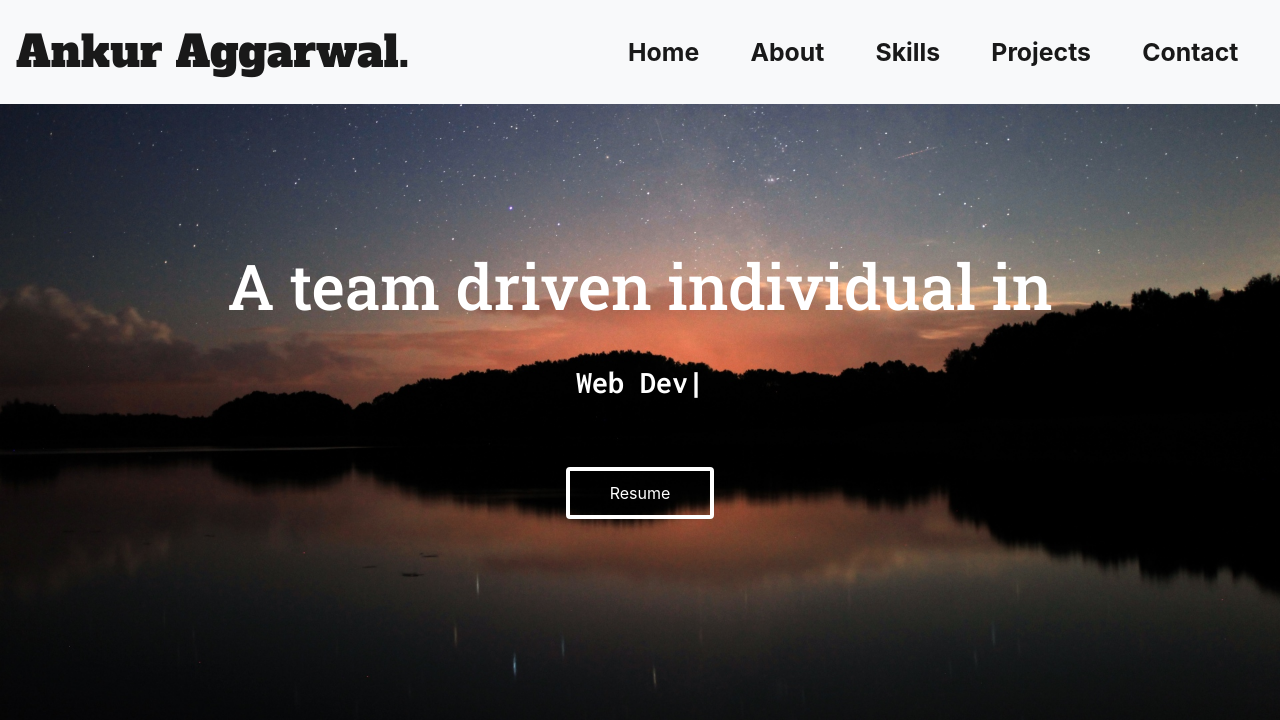
Repository: AnkurDevv/PersonalWebsite
Page: index.html
An editor plug-in stored every save of this project. The page is shown before and after the next save, followed by the edit.
The browser window is 1280 px wide. The pictures show the whole page.
Some web fonts or font styles are not loaded; a fallback is used.

Above is the page before, as saved 2020-09-13 15:31:43.

### index.html
<!DOCTYPE html>
<html>

<head>
  <meta charset="utf-8">
  <meta http-equiv="X-UA-Compatible" content="IE=edge">
  <title>Ankur Aggarwal</title>
  <meta name="description" content="">
  <meta name="viewport" content="width=device-width, initial-scale=1">
  <!-- Importing Bootstrap here -->
  <link rel="stylesheet" href="https://stackpath.bootstrapcdn.com/bootstrap/4.4.1/css/bootstrap.min.css"
    integrity="sha384-Vkoo8x4CGsO3+Hhxv8T/Q5PaXtkKtu6ug5TOeNV6gBiFeWPGFN9MuhOf23Q9Ifjh" crossorigin="anonymous">
  <!--CUSTOM CSS FOR THE PAGE  -->
  <link rel="stylesheet" href="./style/index.css">
  <!-- FOR COOL ANIMATION EFFECTS -->
  <link rel="stylesheet" href="./style/animate.css">
  <!-- FOR COOL TYPING EFFECTS -->
  <script src="https://cdn.jsdelivr.net/npm/typed.js@2.0.11"></script>
  <!-- FOR GOOGLE FONTS - START -->
  <!-- for main heading -->
  <link
    href="https://fonts.googleapis.com/css2?family=Merienda:wght@700&family=Pacifico&family=Roboto&family=Roboto+Slab:wght@500&display=swap"
    rel="stylesheet">
  <!-- For Sub heading -->
  <link
    href="https://fonts.googleapis.com/css2?family=Inconsolata:wght@700&family=Merienda:wght@700&family=Pacifico&family=Roboto&family=Roboto+Slab:wght@500&display=swap"
    rel="stylesheet">
  <!-- For Navbar Logo -->
  <link href="https://fonts.googleapis.com/css2?family=Alfa+Slab+One&display=swap" rel="stylesheet">
  <!-- FOR GOOGLE FONTS - END -->
</head>

<body>
  <header>
    <nav class="navbar navbar-expand-lg navbar-light bg-light">
      <a class="navbar-brand" id="Brand-logo">Ankur Aggarwal.</a>
      <button class="navbar-toggler" type="button" data-toggle="collapse" data-target="#navbarNav"
        aria-controls="navbarNav" aria-expanded="false" aria-label="Toggle navigation">
        <span class="navbar-toggler-icon"></span>
      </button>
      <div class="collapse navbar-collapse" id="navbarNav">
        <ul class="navbar-nav">
          <li class="nav-item active">
            <a class="nav-link" href="#">Home</a>
          </li>
          <li class="nav-item active">
            <a class="nav-link" href="#">About</a>
          </li>
          <!-- <li class="nav-item active">
            <a class="nav-link" href="#">Why Me?</a>
          </li> -->
          <li class="nav-item active">
            <a class="nav-link" href="#">Skills</a>
          </li>
          <li class="nav-item active">
            <a class="nav-link" href="#">Projects</a>
          </li>
          <li class="nav-item active">
            <a class="nav-link" href="#">Contact</a>
          </li>
        </ul>
      </div>
    </nav>


    <!-- FIRST IMPRESSION SECTION - START -->
    <section class="first-impression-section">
      <div class="row first-impression-row">
        <h1 class="text-center animated fadeInDown" id="MainNameHeading">A team driven individual in
        </h1>
      </div>
      <div class="row">
        <h3 id="MainSubHeading">
          <span id="typed" style="white-space:pre;"></span>
          <!-- <span class="typed-cursor typed-cursor--blink">|</span> -->
        </h3>
      </div>

      <!-- RESUME BUTTON - START -->
      <div class="row" id="ResumeDiv">
        <a type="button" href="https://drive.google.com/file/d/129eEq26ATzqey1-hpHnRXs40bzbBVkSX/view?usp=sharing"
          target="blank" class="btn btn-primary" id="ResumeBtn">Resume</a>
      </div>
      <!-- RESUME BUTTON - END -->

      <!-- SOCIAL LINKS -->
      <div class="socialLinksDiv">

      </div>

    </section>
    <!-- FIRST IMPRESSION SECTION - END -->


  </header>

  <script>
    // JS FOR COOL TYPING EFFECT USING TYPE.JS -  START
    var options = {
      strings: ['Web Development.', 'Software Engineering.', 'Product Development.'],
      typeSpeed: 100,
      loop: true,
      backDelay: 800,
      backSpeed: 80,
      startDelay: 1000,
    };
    var typed = new Typed('#typed', options);
// JS FOR COOL TYPING EFFECT USING TYPE.JS -  END
  </script>

  <!-- NECESSARY JS FOR BOOTSTRAP - START -->
  <script src="https://code.jquery.com/jquery-3.4.1.slim.min.js"
    integrity="sha384-J6qa4849blE2+poT4WnyKhv5vZF5SrPo0iEjwBvKU7imGFAV0wwj1yYfoRSJoZ+n"
    crossorigin="anonymous"></script>
  <script src="https://cdn.jsdelivr.net/npm/popper.js@1.16.0/dist/umd/popper.min.js"
    integrity="sha384-Q6E9RHvbIyZFJoft+2mJbHaEWldlvI9IOYy5n3zV9zzTtmI3UksdQRVvoxMfooAo"
    crossorigin="anonymous"></script>
  <script src="https://stackpath.bootstrapcdn.com/bootstrap/4.4.1/js/bootstrap.min.js"
    integrity="sha384-wfSDF2E50Y2D1uUdj0O3uMBJnjuUD4Ih7YwaYd1iqfktj0Uod8GCExl3Og8ifwB6"
    crossorigin="anonymous"></script>
  <!-- NECESSARY JS FOR BOOTSTRAP - END -->

  <!-- ADDING JQUERY - START -->
  <script src="https://ajax.googleapis.com/ajax/libs/jquery/3.5.1/jquery.min.js"></script>
  <!-- ADDING JQUERY - END -->

  <!-- CUSTOM JS FOR THE PAGE - START  -->
  <script src="index.js"></script>
  <!-- CUSTOM JS FOR THE PAGE - END  -->
</body>

</html>

### style/index.css
body{
  margin-left: 0;
  margin-right: 0;
}

/* NAVBAR CSS - START */

#Brand-logo{
  font-family: 'Alfa Slab One', cursive;
  font-size: 270%;
}

.navbar-nav{
  margin-left: auto;
}

.nav-link{
  font-size: 155%;
  font-weight: 700;
  padding: 2vw!important;
}

@media only screen and (max-width: 992px) {
  .nav-link{
    text-align: center;
  }
}

@media only screen and (max-width: 600px) {

  #Brand-logo{
    font-size: 140%;
  }

  .navbar-nav{
    height: 100vh;
  }

  .nav-link{
    margin: 5vh auto;
  }

}

/* NAVBAR CSS - END */

/* FIRST IMPRESSION SECTION CSS - START */
header{
  height: 100vh; /* Takes 100% of the screen size */
  background-image:url(../images/sunset_skyline_lake_reflection_114025_1920x1080.jpg);
  -webkit-background-size: cover;
  background-position: center;
  overflow: hidden;
}

#MainNameHeading{
  margin: 0 auto;
  margin-top: 20vh;
  font-size: 395%;
  color: white;
  font-family: 'Roboto Slab', serif;
  padding-bottom: 3%;
}

#MainSubHeading{
  margin: 0 auto;
  color: white;
  text-align: -webkit-center;
  font-family: 'Inconsolata', monospace;
  font-size: xx-large;
}

#ResumeBtn{
  -webkit-appearance: button;
  -moz-appearance: button;
  appearance: button;
  margin: 5% auto;
  padding: 10px 3%;
  background-color: transparent;
  border: 4px solid white;
}

#ResumeBtn:hover{
  background-color: white;
  color: black;
  font-weight: 700;
  font-size: 130%;
}

@media only screen and (max-width: 600px) {
  #MainNameHeading{
    font-size: 300%;
  }
  #MainSubHeading{
    font-size: x-large;
  }
}
/* FIRST IMPRESSION SECTION CSS - ENDS */

### index.js
// CHANGING NAVBAR COLOR WHEN A USER HOVERS OVER A LINK
$(document).ready(function () {

  // makes nav transparent when user hovers on a link
  $(".nav-link").hover(function () {
    $('.navbar').addClass('bg-dark').removeClass('bg-light');
    $('#Brand-logo').css("color", "white");
    $('.nav-link').css("color", "white");
    $('.navbar-toggler').css("color", "white");
  });

  // makes nav non-transparent when user hovers on a link
  $(".navbar").mouseleave(function () {
    $('.navbar').addClass('bg-light').removeClass('bg-dark');
    $('#Brand-logo').css("color", "black");
    $('.nav-link').css("color", "black");
    $('.navbar-toggler').css("color", "black");
  });

});

Loaded but not shown: style/animate.css (library)

After the next save:
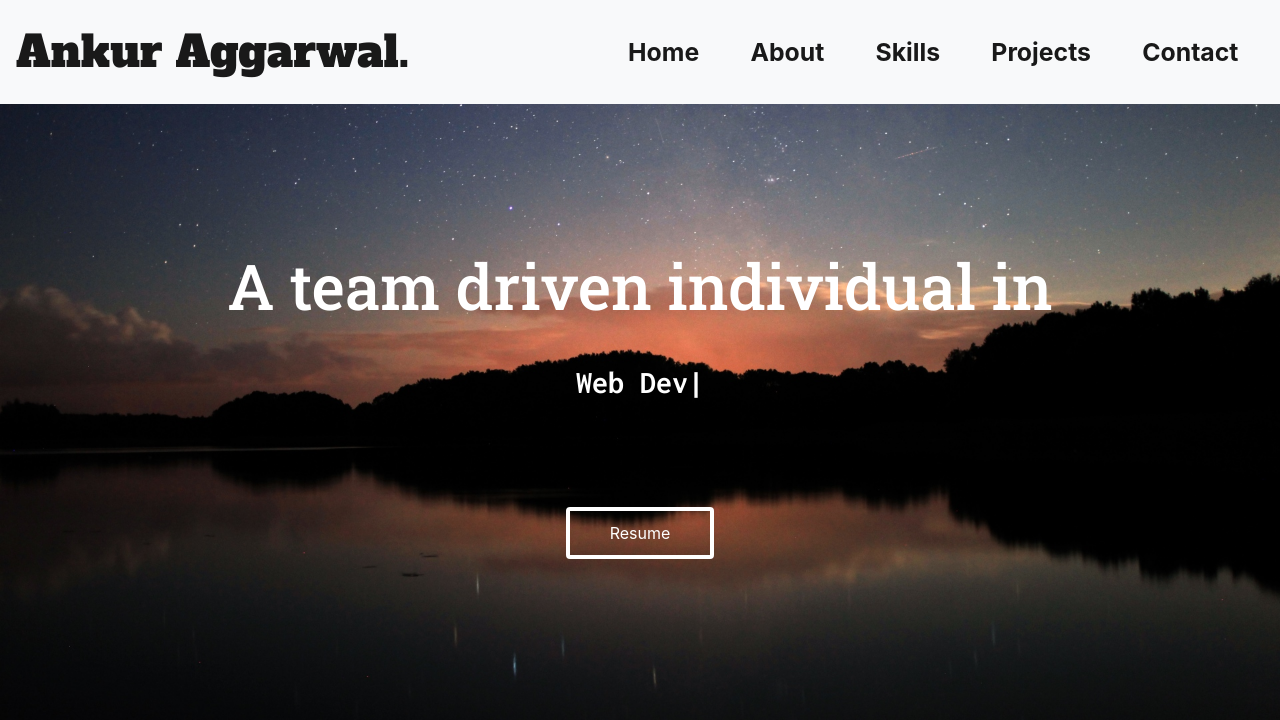
Saved 48 s later.
--- a/style/index.css
+++ b/style/index.css
@@ -74,7 +74,7 @@ header{
   -webkit-appearance: button;
   -moz-appearance: button;
   appearance: button;
-  margin: 5% auto;
+  margin: 8% auto;
   padding: 10px 3%;
   background-color: transparent;
   border: 4px solid white;
